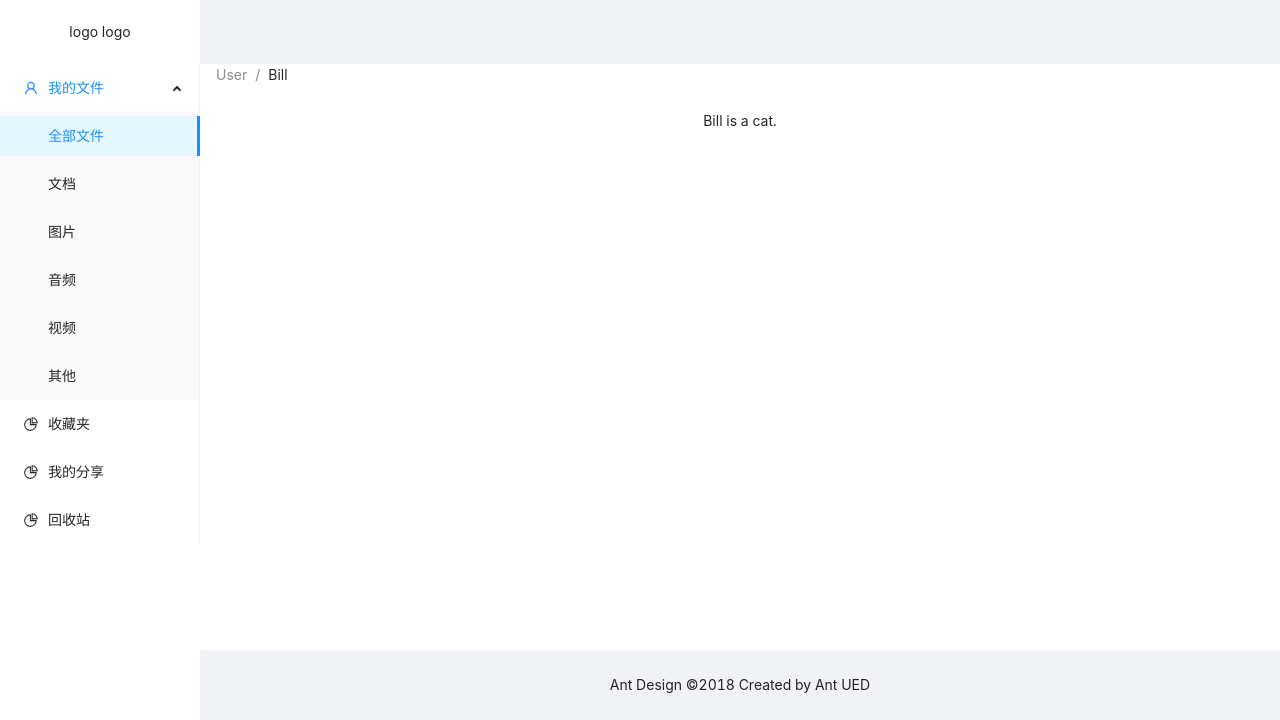
Repository: xstnet/starfire-cloud-fe
Page: /
These files come from the project's save history. The page is drawn as it stood at one moment and after the next save; the edit follows.
The browser window is 1280 px wide. The pictures show the whole page.
The project was rebuilt for these pictures with package versions that can differ from the ones it lists, and the page was loaded fresh each time.

Above is the page before, as saved 2021-09-12 17:12:02.

### src/index.js
import React from 'react';
import ReactDOM from 'react-dom';
import './index.css';
import App from './App';
import reportWebVitals from './reportWebVitals';

// ReactDOM.render(
//   <React.StrictMode>
//     <App />
//   </React.StrictMode>,
//   document.getElementById('root')
// );

ReactDOM.render(
  <App />,
  document.getElementById('root')
);

// If you want to start measuring performance in your app, pass a function
// to log results (for example: reportWebVitals(console.log))
// or send to an analytics endpoint. Learn more: https://bit.ly/CRA-vitals
reportWebVitals();

### src/App.js
import React from 'react';
// import { Button } from 'antd';
import './App.css';
import MainLayout from './page/layout/main'

const App = () => (
  <div className="App">
    <MainLayout></MainLayout>
  </div>
);

export default App;

### src/page/layout/main.jsx
import React from 'react';
import { Layout, Menu, Breadcrumb } from 'antd';
import {
  PieChartOutlined,
  UserOutlined,
} from '@ant-design/icons';
import './main.css';

const { Header, Content, Footer, Sider } = Layout;
const { SubMenu } = Menu;

class MainLayout extends React.Component {
  state = {
    collapsed: false,
  };


  render() {
    const { collapsed } = this.state;
    return (
      <Layout className="main" style={{ minHeight: '100vh' }}>
        <Sider className="side-left" theme="light" >
          <div className="logo">
              logo logo
          </div>
          <Menu defaultSelectedKeys={['all']} defaultOpenKeys={["my-file"]} mode="inline">
            <SubMenu key="my-file" icon={<UserOutlined />} title="我的文件">
              <Menu.Item key="all">全部文件</Menu.Item>
              <Menu.Item key="doc">文档</Menu.Item>
              <Menu.Item key="imgage">图片</Menu.Item>
              <Menu.Item key="audio">音频</Menu.Item>
              <Menu.Item key="video">视频</Menu.Item>
              <Menu.Item key="other">其他</Menu.Item>
            </SubMenu>
            <Menu.Item key="favorite" icon={<PieChartOutlined />}>
              收藏夹
            </Menu.Item>
            <Menu.Item key="share" icon={<PieChartOutlined />}>
              我的分享
            </Menu.Item>
            <Menu.Item key="recycle" icon={<PieChartOutlined />}>
              回收站
            </Menu.Item>
          </Menu>
        </Sider>
        <Layout className="side-right">
          <Header className="header"/>
          <Breadcrumb className="bread-crumb">
              <Breadcrumb.Item>User</Breadcrumb.Item>
              <Breadcrumb.Item>Bill</Breadcrumb.Item>
          </Breadcrumb>
          <Content className="content">
            <div  style={{ padding: 24, minHeight: 360 }}>
              Bill is a cat.
            </div>
          </Content>
          <Footer style={{ textAlign: 'center' }}>Ant Design ©2018 Created by Ant UED</Footer>
        </Layout>
      </Layout>
    );
  }
}

export default MainLayout;

### src/page/layout/main.css
 .logo {
    height: 64px;
    line-height: 64px;
    text-align: center;
  }

  .header {
    background: #f0f2f5;
    padding: 0;
  }

  .side-right {
    background-color: white;
  }
  .side-right .content {
    margin: 0 16px;
  }

  .side-right .bread-crumb {
    margin: 0 16px;
  }

Loaded but not shown: public/index.html (common file); src/index.css (common file); src/reportWebVitals.js (common file); src/App.css (common file)

After the next save:
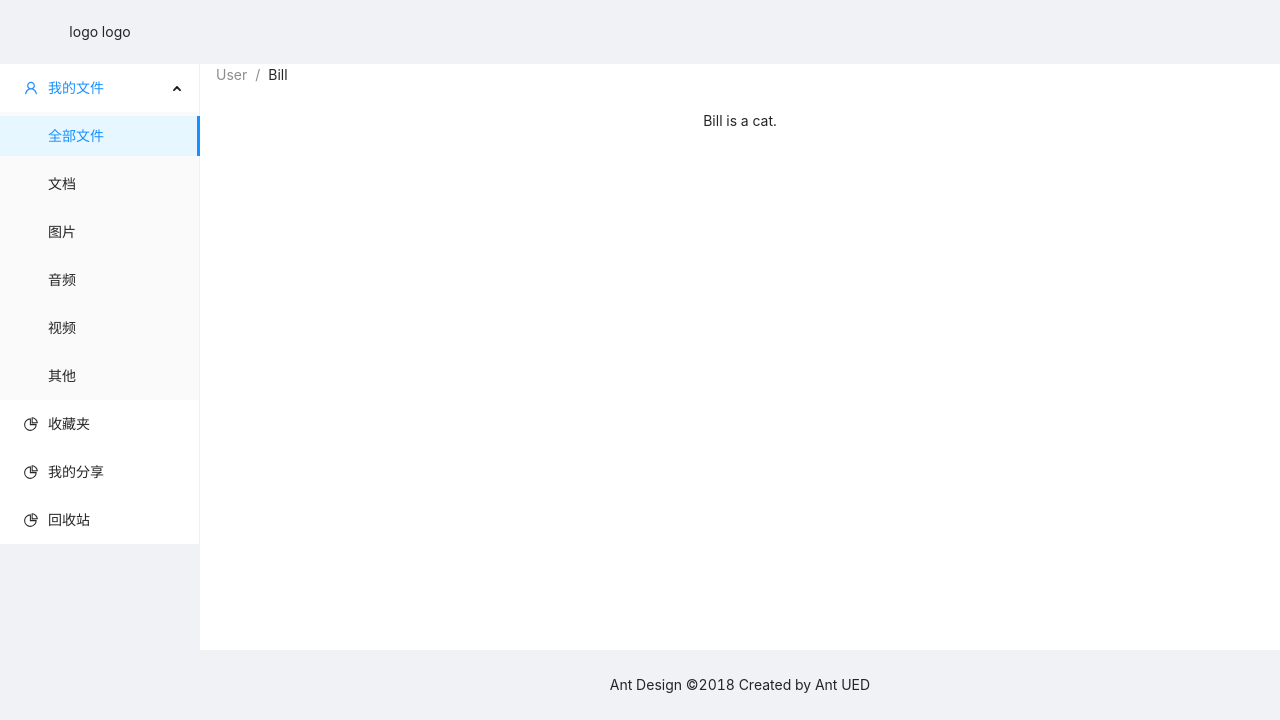
Saved 33 s later.
--- a/src/page/layout/main.css
+++ b/src/page/layout/main.css
@@ -4,13 +4,18 @@
     text-align: center;
   }
 
-  .header {
+
+
+  .side-left {
     background: #f0f2f5;
-    padding: 0;
   }
 
   .side-right {
     background-color: white;
+  }
+  .side-right .header {
+    background: #f0f2f5;
+    padding: 0;
   }
   .side-right .content {
     margin: 0 16px;
